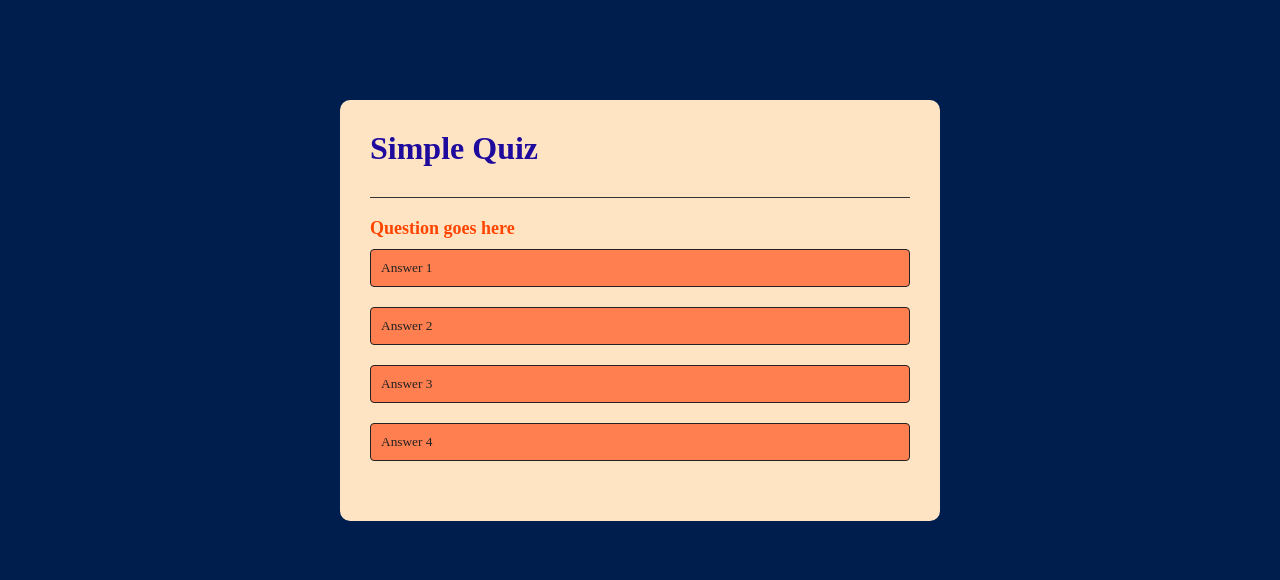
Repository: supriya123yadav/Quiz-project
Page: index.html
These files come from the project's save history. The page is drawn as it stood at one moment and after the next save; the edit follows.
The browser window is 1280 px wide. The pictures show the whole page.

Above is the page before, as saved 2024-07-07 15:59:15.

After the next save:
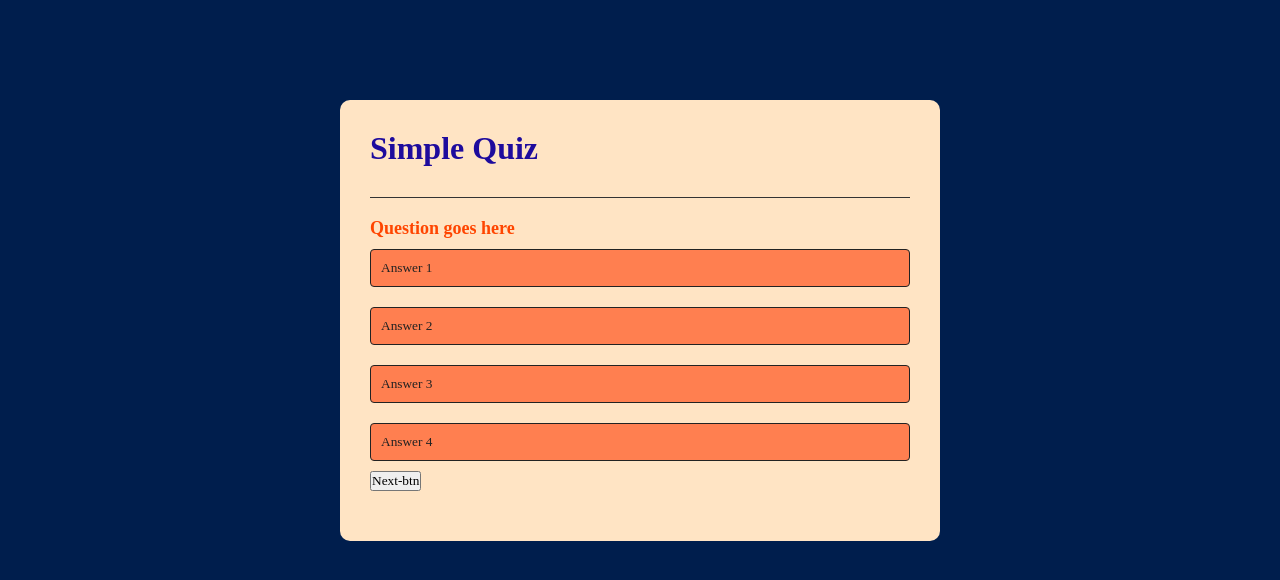
Saved 2 min 27 s later.
--- a/index.html
+++ b/index.html
@@ -1,11 +1,13 @@
 <!DOCTYPE html>
 <html lang="en">
+
 <head>
     <meta charset="UTF-8">
     <meta name="viewport" content="width=device-width, initial-scale=1.0">
     <title>Quiz App - Easy Tutorials</title>
     <link rel="stylesheet" href="style.css">
 </head>
+
 <body>
     <div class="app">
         <h1>Simple Quiz</h1>
@@ -16,13 +18,13 @@
                 <button class="btn">Answer 2</button>
                 <button class="btn">Answer 3</button>
                 <button class="btn">Answer 4</button>
-
-
             </div>
+            <button id="next-btn">Next-btn</button>
 
         </div>
 
     </div>
 
 </body>
+
 </html>
